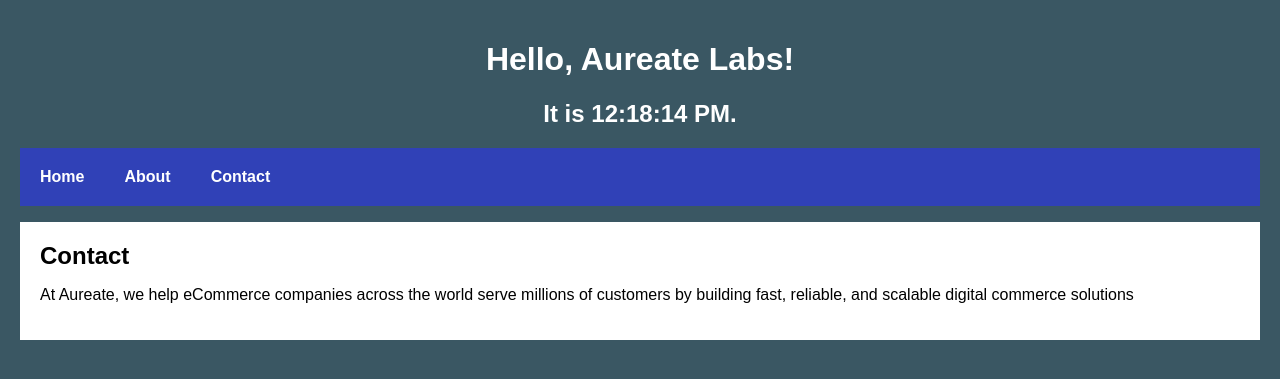
Repository: hardikaureate/React-Pages-Menu
Page: /#/contact
An editor plug-in stored every save of this project. The page is shown before and after the next save, followed by the edit.
The browser window is 1280 px wide. The pictures show the whole page.
The project was rebuilt for these pictures with package versions that can differ from the ones it lists, and the page was loaded fresh each time. Also part of the build but not shown: src/Home.js, src/About.js.

Above is the page before, as saved 2020-10-09 15:02:11.

### src/index.js
import React from 'react';
import ReactDOM from 'react-dom';
import './index.css';
import Main from './Main';
import Clock from './Clock';

ReactDOM.render(
<React.Fragment>
<Clock name="Company" />
<Main/>
</React.Fragment>
, document.getElementById('root'));

### src/index.css
body {
    background-color: #3a5763;
    padding: 20px;
    margin: 0;
}

h1,
h2,
p,
ul,
li {
    font-family: sans-serif;
}

ul.header li {
    display: inline;
    list-style-type: none;
    margin: 0;
}

ul.header {
    background-color: #3041b7;
    padding: 0;
}

ul.header li a {
    color: #FFF;
    font-weight: bold;
    text-decoration: none;
    padding: 20px;
    display: inline-block;
}

.content {
    background-color: #FFF;
    padding: 20px;
}

.content h2 {
    padding: 0;
    margin: 0;
}

.content li {
    margin-bottom: 10px;
}

.active {
    background-color: #0099FF;
}

.common {
    text-align: center;
    color: #FFF;
}

### src/Main.js
import React, { Component } from 'react'
import {Route, Link, HashRouter} from 'react-router-dom';
import Home from './Home';
import About from './About';
import Contact from './Contact';


class Main extends Component {
        render(){
                return(
                        <HashRouter>
                        <React.Fragment>
                                <ul className="header">
                                        <li><Link exact to="/">Home</Link></li>
                                        <li><Link to="/about">About</Link></li>
                                        <li><Link to="/contact">Contact</Link></li>
                                </ul>

                                <div className="content">
                                        <Route exact path="/" component={Home} />
                                        <Route path="/about" component={About} />
                                        <Route path="/contact" component={Contact} />
                                </div>
                        </React.Fragment>
                        </HashRouter>
                )
        }
}

export default Main;

### src/Clock.js
import React, { Component } from 'react'

export default class Clock extends Component {
        constructor(props) {
                super(props);
                console.log('constructtt');
                this.state = {date: new Date()};
              }

              componentDidMount(){
                console.log('DidMount')
                      this.Tid = setInterval( () =>
                              this.tick(), 1000
                      );
              }

              componentWillUnmount() {
                      console.log('WillMount')
                      clearInterval(this.Tid)
              }

              tick(){
                //console.log('tick()method')
                      this.setState({
                              date : new Date()
                      })
              }

              render() {
                      console.log('Rendering')
                      const allname = 'Aureate Labs'
                return (
                  <div>
                    <h1 className="common">Hello, {allname}!</h1>
                    <h2 className="common">It is {this.state.date.toLocaleTimeString()}.</h2>
                  </div>
                );
              }
}

### src/Contact.js
import React, { Component } from 'react'

class Contact extends Component {
        render() {
                return (
                        <div>
                        <h2>Contact</h2>
                                <p>At Aureate, we help eCommerce companies across the world serve millions of customers by building fast, reliable, and scalable digital commerce solutions</p>
                        </div>
                )
        }
}

export default Contact;

Loaded but not shown: public/index.html (common file)

After the next save:
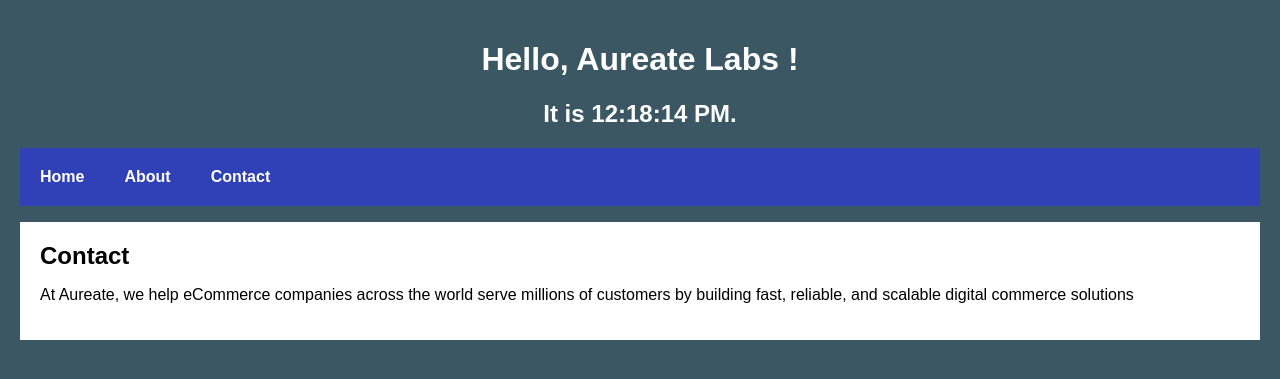
Saved 13 s later.
--- a/src/Clock.js
+++ b/src/Clock.js
@@ -31,7 +31,7 @@
                       const allname = 'Aureate Labs'
                 return (
                   <div>
-                    <h1 className="common">Hello, {allname}!</h1>
+                    <h1 className="common">Hello, {allname} {name}!</h1>
                     <h2 className="common">It is {this.state.date.toLocaleTimeString()}.</h2>
                   </div>
                 );
